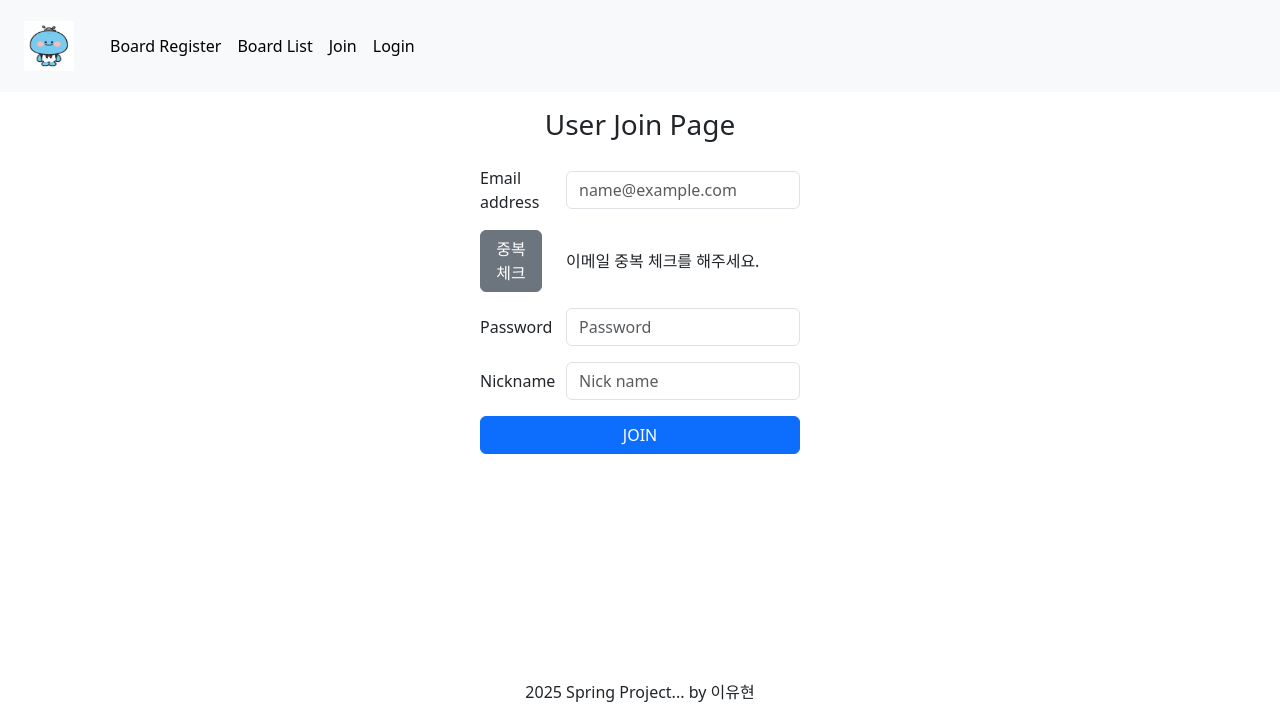
Repository: LeeYouHyeon/6.Spring
Page: http://localhost/spring_project/WEB-INF/views/user/register.jsp
The author's editor kept a copy of each file at every save. The page is drawn from the files as they stood at one save, then again after a run of saves.
The browser window is 1280 px wide. The pictures show the whole page.
The page is served by Tomcat 9. Nobody is signed in. The template is opened directly, without the code that normally fills it, so the values that code supplies are empty.

Above is the page before, as saved 2025-06-10 06:37:38.

After the next 2 saves:
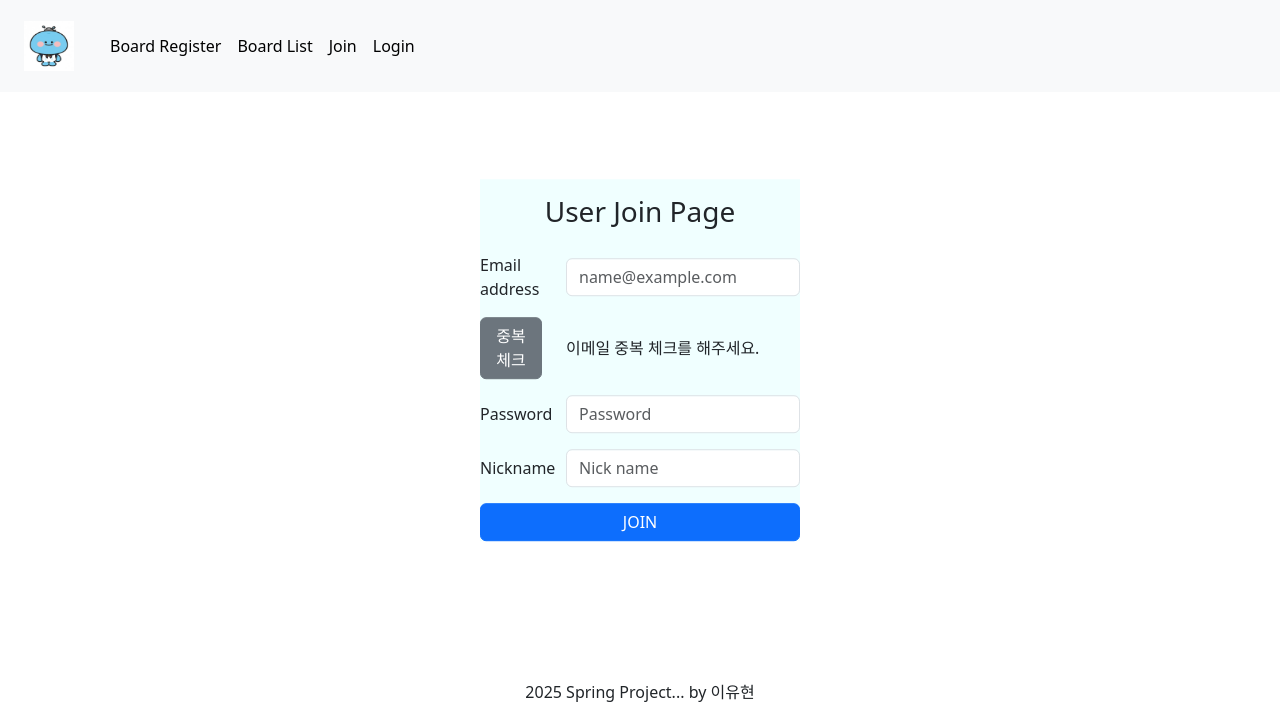
The 2 saves are shown as one change because they came seconds apart.
The last was saved 4 min 4 s later.
--- a/spring_project/src/main/webapp/WEB-INF/views/user/register.jsp
+++ b/spring_project/src/main/webapp/WEB-INF/views/user/register.jsp
@@ -2,7 +2,8 @@
 <%@ include file="../layout/header.jsp"%>
 <%@ taglib uri="http://java.sun.com/jsp/jstl/core" prefix="c"%>
 
-<div class="w-25 mt-3 mx-auto">
+<div class="w-25 position-absolute top-50 start-50 translate-middle"
+	style="background-color: azure;">
 	<form action="/user/register" method="post" class="container mt-3 px-0">
 		<h3 class="text-center">User Join Page</h3>
 		<div class="mt-4 mb-3 row align-items-center">
